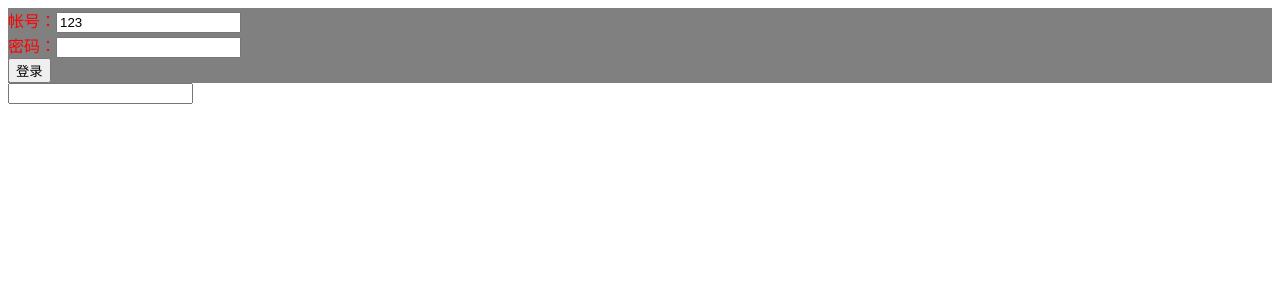
Repository: MuzDing/Muz_Data
Page: http://localhost/javeEe/default.jsp
An editor plug-in stored every save of this project. The page is shown before and after the next save, followed by the edit.
The browser window is 1280 px wide. The pictures show the whole page.
The page is served by Tomcat 9.

Above is the page before, as saved 2017-09-18 03:04:55.

After the next save:
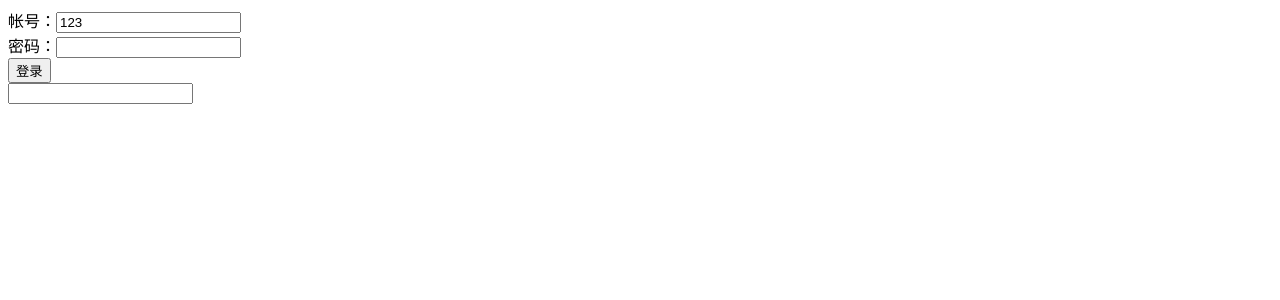
Console error: SyntaxError: missing ) after argument list
Saved 83 s later.
--- a/java-workspace/javeEe/WebContent/default.jsp
+++ b/java-workspace/javeEe/WebContent/default.jsp
@@ -27,6 +27,8 @@
 
 	$("div").css({color:"red",backgroundColor:"gray"});
 
+	$("input[name ="txtTeacherName"]").css({color:"yellow"});
+
 
 })
 </script>

After the save that followed:
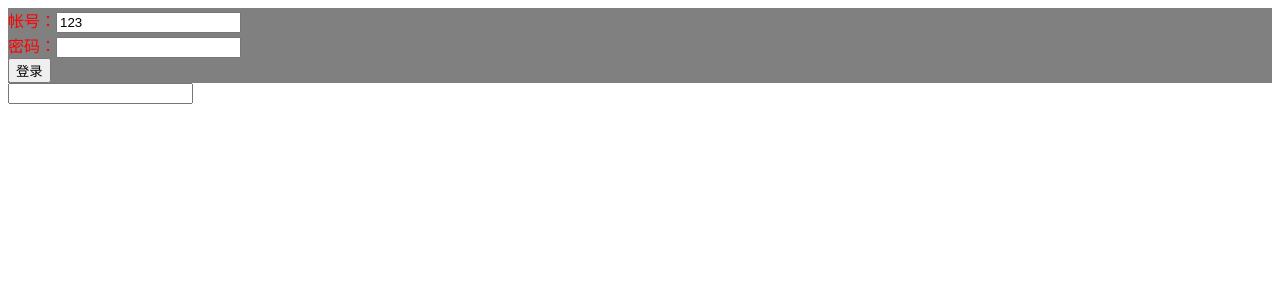
The error is gone.
Saved 67 s later.
--- a/java-workspace/javeEe/WebContent/default.jsp
+++ b/java-workspace/javeEe/WebContent/default.jsp
@@ -27,8 +27,9 @@
 
 	$("div").css({color:"red",backgroundColor:"gray"});
 
-	$("input[name ="txtTeacherName"]").css({color:"yellow"});
-
+	//$("input[name ="txtTeacherName"]").css({color:"yellow"});
+	var strTeacherName;
+	strTeacherName = $("#txtTeacherName").val();
 
 })
 </script>
